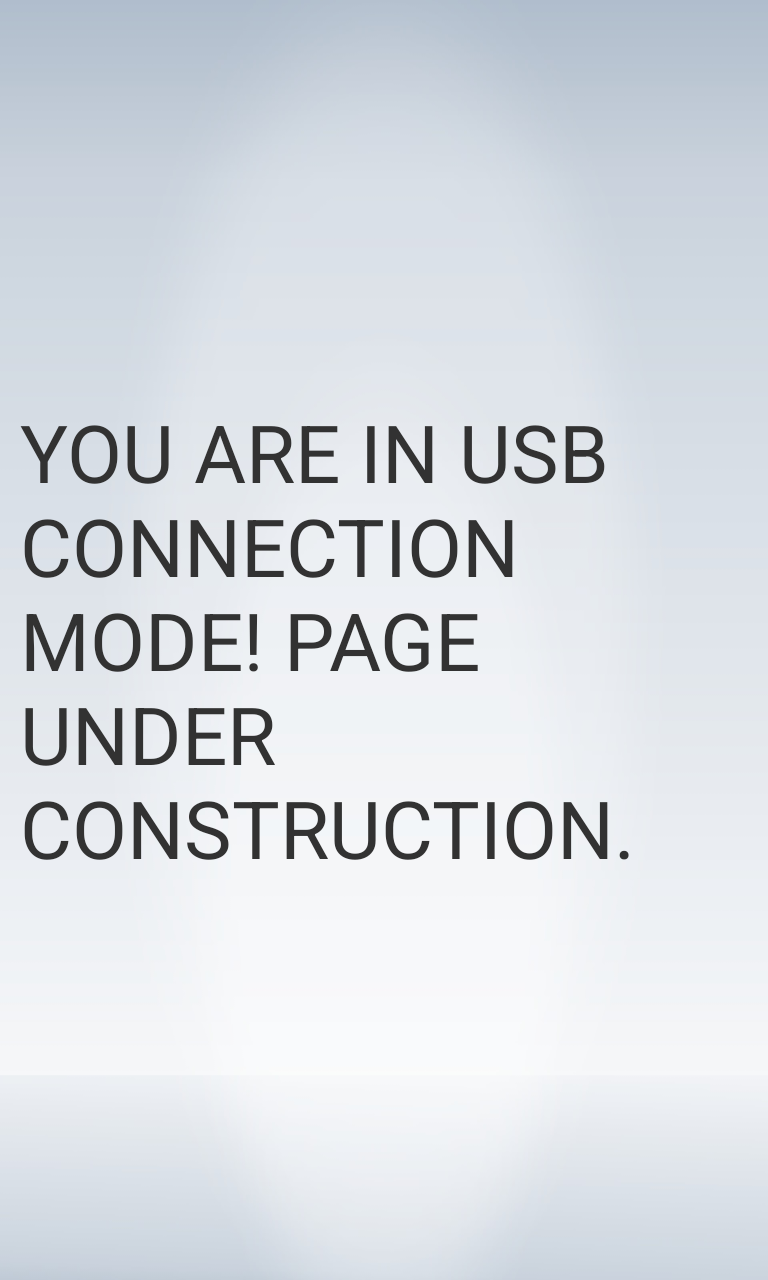
Repository: neha01mittal/AndroidGameController
Layout: AndroidTCPComm/AndroidGameController/GameControllerDataTransfer/res/layout/activity_usb.xml
These files come from the project's save history. The layout is drawn as it stood at one moment and after the next save; the edit follows.
It is drawn on a 768 x 1280 px phone screen (xhdpi) without system bars, with theme AppTheme; the app's code is not run.

Above is the layout before, as saved 2013-12-12 09:44:23.

### AndroidTCPComm/AndroidGameController/GameControllerDataTransfer/res/layout/activity_usb.xml
<?xml version="1.0" encoding="utf-8"?>
<LinearLayout xmlns:android="http://schemas.android.com/apk/res/android"
    android:layout_width="fill_parent"
    android:layout_height="fill_parent"
    android:background="@drawable/background1"
    android:gravity="center_vertical"
    android:orientation="vertical" >

    <TextView
        android:layout_width="wrap_content"
        android:layout_height="wrap_content"
        android:layout_gravity="center"
        android:padding="10dp"
        android:text="YOU ARE IN USB CONNECTION MODE! PAGE UNDER CONSTRUCTION."
        android:textSize="40sp" />

</LinearLayout>

Loaded but not shown: AndroidTCPComm/AndroidGameController/GameControllerDataTransfer/res/values/styles.xml (common file); AndroidTCPComm/AndroidGameController/GameControllerDataTransfer/res/values-v11/styles.xml (common file); AndroidTCPComm/AndroidGameController/GameControllerDataTransfer/res/values-v14/styles.xml (common file)

After the next save:
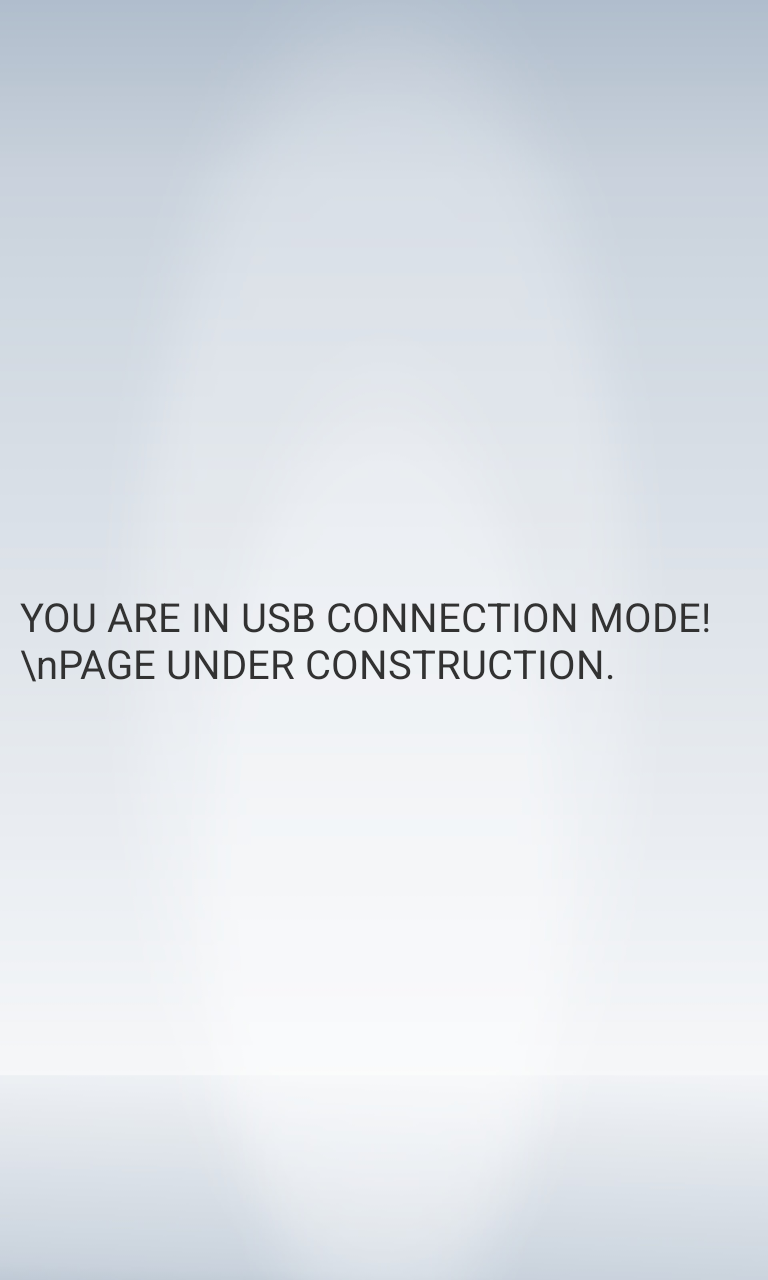
Saved 8 s later.
--- a/AndroidTCPComm/AndroidGameController/GameControllerDataTransfer/res/layout/activity_usb.xml
+++ b/AndroidTCPComm/AndroidGameController/GameControllerDataTransfer/res/layout/activity_usb.xml
@@ -11,7 +11,7 @@
         android:layout_height="wrap_content"
         android:layout_gravity="center"
         android:padding="10dp"
-        android:text="YOU ARE IN USB CONNECTION MODE! PAGE UNDER CONSTRUCTION."
-        android:textSize="40sp" />
+        android:text="YOU ARE IN USB CONNECTION MODE!\nPAGE UNDER CONSTRUCTION."
+        android:textSize="20sp" />
 
 </LinearLayout>
